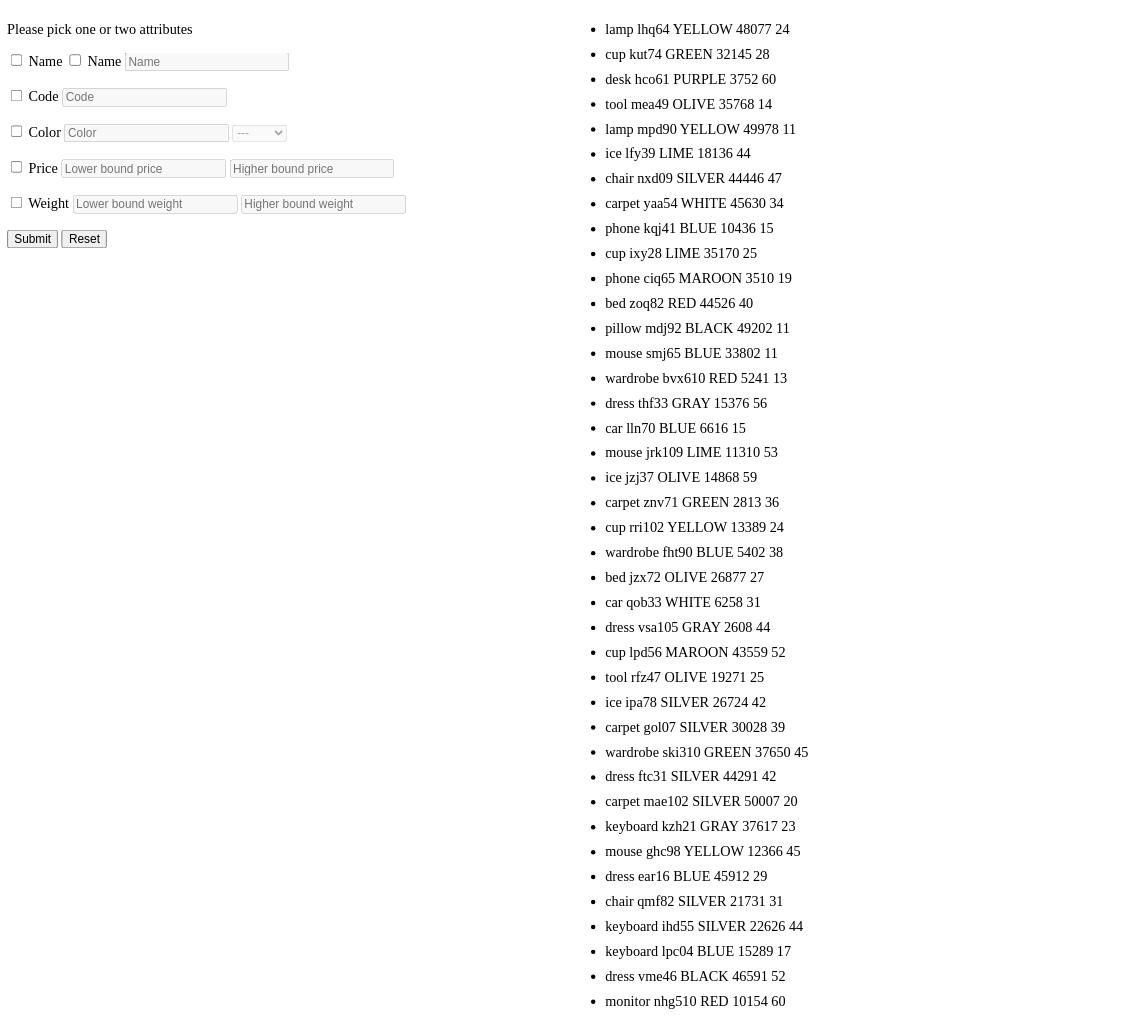
Repository: ISIT207-4-A/A1_C3_1
Page: home.html
The author's editor kept a copy of each file at every save. The page is drawn from the files as they stood at one save, then again after the next save.
The browser window is 1280 px wide. The pictures show the whole page, at 89% of full size.

Above is the page before, as saved 2020-09-02 20:21:00.

After the next save:
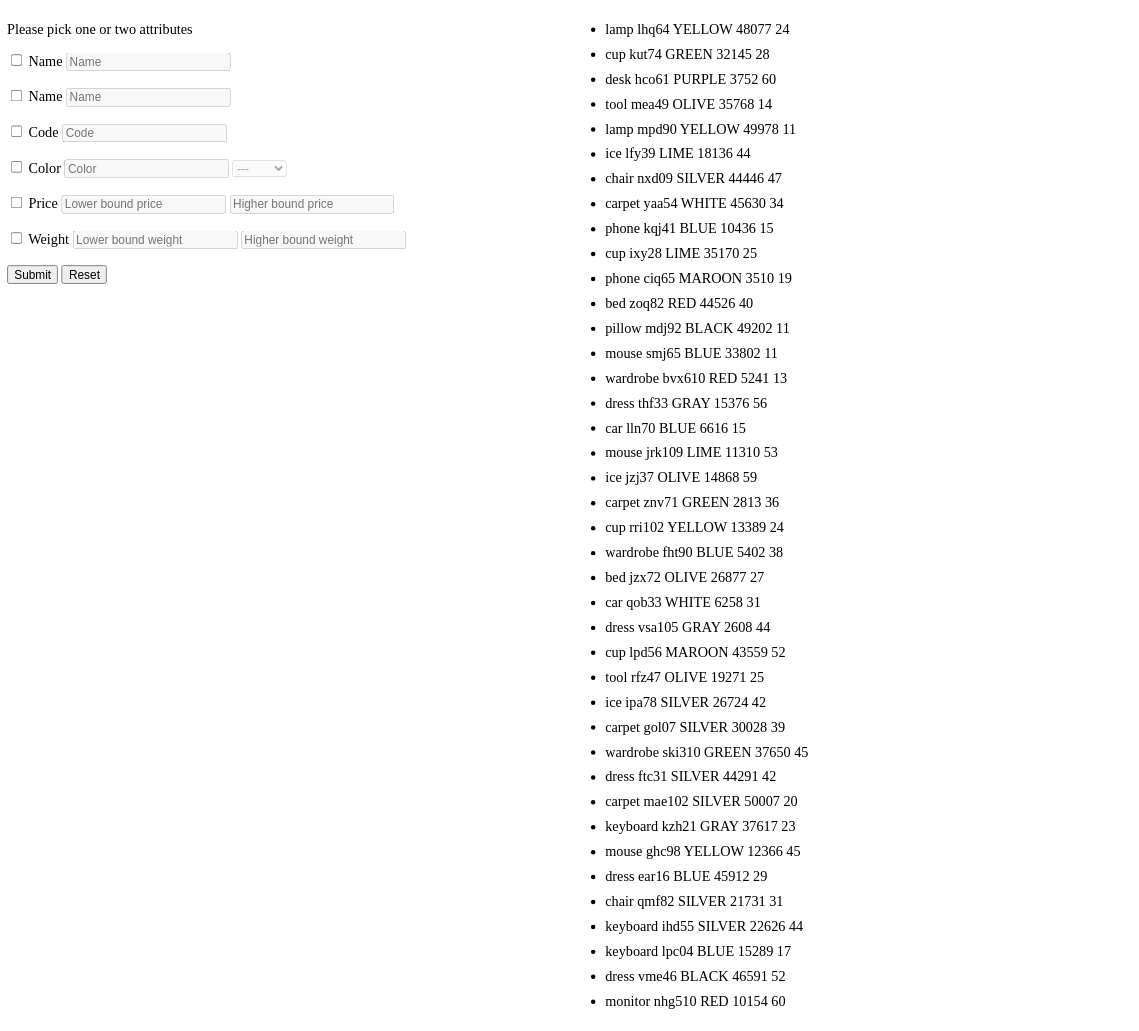
Saved 34 s later.
--- a/home.html
+++ b/home.html
@@ -36,9 +36,9 @@
             <p>Please pick one or two attributes</p>
 
             <span><label><input type="checkbox" name="general-search" onchange="generalSearch(this)" value="general"> Name</label></span>
+            <input type="text" id="name" class="name" placeholder="Name" disabled><br /><br />
 
             <span><label><input type="checkbox" name="attribute" onchange="checkLimit(this)" value="name"> Name</label></span>
-
             <input type="text" id="name" class="name" placeholder="Name" disabled><br /><br />
 
             <span><label><input type="checkbox" name="attribute" onchange="checkLimit(this)" value="code"> Code</label></span>
